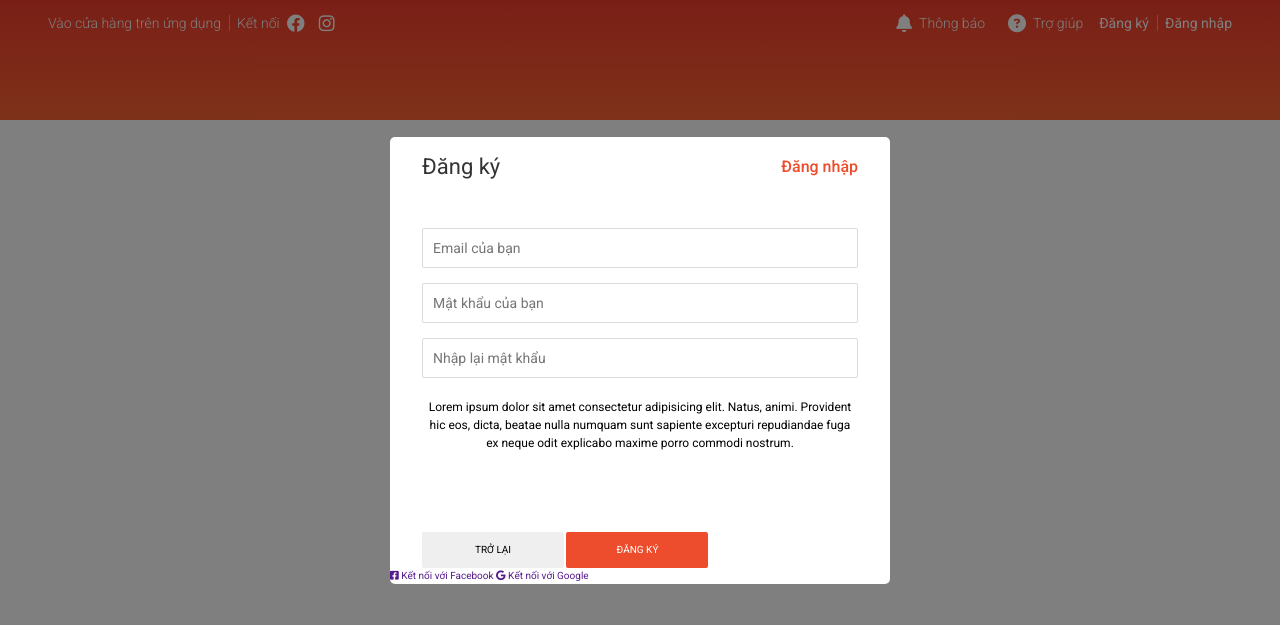
Repository: dptuyen1/F8-Tutorial
Page: index.html
These files come from the project's save history. The page is drawn as it stood at one moment and after the next save; the edit follows.
The browser window is 1280 px wide. The pictures show the whole page.

Above is the page before, as saved 2023-05-08 17:13:32.

### index.html
<!DOCTYPE html>
<html lang="en">
  <head>
    <meta charset="UTF-8" />
    <meta http-equiv="X-UA-Compatible" content="IE=edge" />
    <meta name="viewport" content="width=device-width, initial-scale=1.0" />
    <title>Document</title>
    <link
      rel="stylesheet"
      href="https://cdnjs.cloudflare.com/ajax/libs/normalize/8.0.1/normalize.min.css"
      integrity="sha512-NhSC1YmyruXifcj/KFRWoC561YpHpc5Jtzgvbuzx5VozKpWvQ+4nXhPdFgmx8xqexRcpAglTj9sIBWINXa8x5w=="
      crossorigin="anonymous"
      referrerpolicy="no-referrer"
    />
    <link rel="stylesheet" href="assets/css/base.css" />
    <link rel="stylesheet" href="assets/css/main.css" />
    <link
      rel="stylesheet"
      href="assets/fonts/fontawesome-free-6.4.0-web/css/all.min.css"
    />
    <link rel="preconnect" href="https://fonts.googleapis.com" />
    <link rel="preconnect" href="https://fonts.gstatic.com" crossorigin />
    <link
      href="https://fonts.googleapis.com/css2?family=Roboto:wght@300;400;500;700&display=swap"
      rel="stylesheet"
    />
  </head>

  <body>
    <div class="app">
      <header class="header">
        <div class="grid">
          <nav class="header__navbar">
            <ul class="header__navbar-list">
              <li
                class="header__navbar-item header__navbar-item-has-qr header__navbar-item-separate"
              >
                Vào cửa hàng trên ứng dụng
                <div class="header__qr">
                  <img
                    src="assets/img/qr_code.png"
                    alt="QR Cođe"
                    class="header__qr-img"
                  />
                  <div class="header__qr-apps">
                    <a href="" class="header__qr-link">
                      <img
                        src="assets/img/google_play.png"
                        alt="Google Play"
                        class="header__qr-download-img"
                      />
                    </a>
                    <a href="" class="header__qr-link">
                      <img
                        src="assets/img/app_store.png"
                        alt="App Store"
                        class="header__qr-download-img"
                      />
                    </a>
                  </div>
                </div>
              </li>
              <li class="header__navbar-item">
                <span class="header__navbar-title-no-pointer">Kết nối</span>
                <a href="" class="header__navbar-icon-link">
                  <i class="header__navbar-icon fa-brands fa-facebook"></i>
                </a>
                <a href="" class="header__navbar-icon-link">
                  <i class="header__navbar-icon fa-brands fa-instagram"></i>
                </a>
              </li>
            </ul>
            <ul class="header__navbar-list">
              <li class="header__navbar-item header__navbar-item--has-notify">
                <a href="" class="header__navbar-item-link">
                  <a href="" class="header__navbar-icon-link">
                    <i class="header__navbar-icon fa-solid fa-bell"></i> </a
                  >Thông báo
                </a>
                <div class="header__notify">
                  <header class="header__notify-header">
                    <h3>Thông báo mới nhận</h3>
                  </header>
                  <ul class="header__notify-list">
                    <li class="header__notify-item">
                      <a href="" class="header_notify-link">
                        <img
                          src="assets/img/comestic.jpg"
                          alt=""
                          class="header__notify-img"
                        />
                        <div class="header__notify-info">
                          <span class="header_notify-name"
                            >Mỹ phẩm Ohui chính hãng</span
                          >
                          <span class="header__notify-description"
                            >Mô tả mỹ tả Ohui chính hãng</span
                          >
                        </div>
                      </a>
                    </li>
                    <li class="header__notify-item header__notify-item--read">
                      <a href="" class="header_notify-link">
                        <img
                          src="assets/img/comestic.jpg"
                          alt=""
                          class="header__notify-img"
                        />
                        <div class="header__notify-info">
                          <span class="header_notify-name"
                            >Mỹ phẩm Ohui chính hãng</span
                          >
                          <span class="header__notify-description"
                            >Mô tả mỹ tả Ohui chính hãng</span
                          >
                        </div>
                      </a>
                    </li>
                    <li class="header__notify-item">
                      <a href="" class="header_notify-link">
                        <img
                          src="assets/img/comestic.jpg"
                          alt=""
                          class="header__notify-img"
                        />
                        <div class="header__notify-info">
                          <span class="header_notify-name"
                            >Mỹ phẩm Ohui chính hãng</span
                          >
                          <span class="header__notify-description"
                            >Mô tả mỹ tả Ohui chính hãng</span
                          >
                        </div>
                      </a>
                    </li>
                  </ul>
                  <footer class="header__notify-footer">
                    <a href="" class="header__notify-footer-btn">Xem tất cả</a>
                  </footer>
                </div>
              </li>
              <li class="header__navbar-item">
                <a href="" class="header__navbar-item-link">
                  <a href="" class="header__navbar-icon-link">
                    <i
                      class="header__navbar-icon fa-solid fa-circle-question"
                    ></i></a
                  >Trợ giúp
                </a>
              </li>
              <li
                class="header__navbar-item header__navbar-item-bold header__navbar-item-separate"
              >
                Đăng ký
              </li>
              <li class="header__navbar-item header__navbar-item-bold">
                Đăng nhập
              </li>
            </ul>
          </nav>
        </div>
      </header>

      <div class="container"></div>

      <footer class="footer"></footer>
    </div>

    <!-- Modal layout -->
    <div class="modal">
      <div class="modal__overlay"></div>
      <div class="modal__body">
        <div class="modal__inner"></div>

        <!-- Authenticated Form -->
        <form class="auth-form">
          <div class="auth-form__container">
            <div class="auth-form__header">
              <h3 class="auth_form__heading">Đăng ký</h3>
              <span class="auth_form__switch-btn">Đăng nhập</span>
            </div>
            <div class="auth-form__form">
              <div class="auth-form__group">
                <input
                  type="text"
                  class="auth-form__input"
                  placeholder="Email của bạn"
                />
              </div>
              <div class="auth-form__group">
                <input
                  type="password"
                  class="auth-form__input"
                  placeholder="Mật khẩu của bạn"
                />
              </div>
              <div class="auth-form__group">
                <input
                  type="password"
                  class="auth-form__input"
                  placeholder="Nhập lại mật khẩu"
                />
              </div>
            </div>
            <div class="auth-form__aside">
              <p>
                Lorem ipsum dolor sit amet consectetur adipisicing elit. Natus,
                animi. Provident hic eos, dicta, beatae nulla numquam sunt
                sapiente excepturi repudiandae fuga ex neque odit explicabo
                maxime porro commodi nostrum.
              </p>
            </div>
            <div class="auth-form_controls">
              <button class="btn">TRỞ LẠI</button>
              <button class="btn btn--primary">ĐĂNG KÝ</button>
            </div>
          </div>

          <div class="auth-form_socials">
            <a href="" class="btn btn--with-icon">
              <i class="fa-brands fa-square-facebook"></i>
              Kết nối với Facebook
            </a>
            <a href="" class="btn btn--with-icon">
              <i class="fa-brands fa-google"></i>
              Kết nối với Google
            </a>
          </div>
        </form>
      </div>
    </div>
  </body>
</html>

### assets/css/base.css
:root {
  --primary-color: #ee4d2d;
  --white-color: #fff;
  --black-color: #000;
  --text-color: #333;
  --border-color: #dbdbdb;
}

* {
  box-sizing: inherit;
}

html {
  font-size: 62.5%;
  line-height: 1.6rem;
  font-family: "Roboto", sans-serif;
  box-sizing: border-box;
}

.grid {
  width: 1200px;
  max-width: 100%;
  /* căn giữa */
  margin: 0 auto;
}

.grid__full-width {
  width: 100%;
}

.grid__row {
  display: flex;
  flex-wrap: wrap;
}

/* Modal */
.modal {
  position: fixed;
  top: 0;
  right: 0;
  bottom: 0;
  left: 0;
  display: flex;
}

.modal__overlay {
  position: absolute;
  width: 100%;
  height: 100%;
  background-color: rgba(0, 0, 0, 0.5);
}

.modal__body {
  background-color: var(--white-color);
  margin: auto;
  position: relative;
  z-index: 1;
  border-radius: 5px;
}

.modal__inner {
}

/* Button style */
.btn {
  min-width: 142px;
  height: 36px;
  text-decoration: none;
  border: none;
  border-radius: 2px;
  cursor: pointer;
}

.btn.btn--primary {
  color: var(--white-color);
  background-color: var(--primary-color);
}

/* Animation */
@keyframes fadeIn {
  from {
    opacity: 0;
  }

  to {
    opacity: 1;
  }
}

@keyframes notifyGrowth {
  from {
    opacity: 0;
    transform: scale(0);
  }

  to {
    opacity: 1;
    transform: scale(1);
  }
}

### assets/css/main.css
.header {
  height: 120px;
  background-image: linear-gradient(0, #fe6433, #f53e2d);
}

.header__navbar {
  display: flex;
  justify-content: space-between;
}

.header__navbar-list {
  list-style: none;
  padding-left: 0;
}

.header__navbar-item {
  margin: 0 8px;
  position: relative;
  min-height: 26px;
}

.header__navbar-item-has-qr:hover .header__qr {
  display: block;
}

.header__navbar-item,
.header__navbar-item-link {
  display: inline-block;
  font-size: 1.4rem;
  color: var(--white-color);
  text-decoration: none;
  font-weight: 300;
}

.header__navbar-list,
.header__navbar-item,
.header__navbar-item-link,
.header__navbar-icon-link {
  display: inline-flex;
  align-items: center;
}

.header__navbar-item:hover,
.header__navbar-item-link:hover,
.header__navbar-icon-link:hover {
  color: rgba(255, 255, 255, 0.5);
  cursor: pointer;
}

.header__navbar-item--has-notify:hover .header__notify {
  display: block;
}

.header__navbar-item-bold {
  font-weight: 400;
}

.header__navbar-item-separate::after {
  content: "";
  display: block;
  position: absolute;
  border-left: 1px solid #fb9086;
  height: 16px;
  right: -9px;
  top: 50%;
  transform: translateY(-50%);
}

.header__navbar-icon-link {
  color: var(--white-color);
  text-decoration: none;
}

.header__navbar-icon {
  font-size: 1.8rem;
  margin: 0 7px;
}

.header__navbar-title-no-pointer {
  cursor: text;
  color: var(--white-color);
}

/* Header QR Code  */
.header__qr {
  width: 185px;
  background-color: var(--white-color);
  position: absolute;
  left: 0;
  /* cao bằng thẻ chứa nó */
  top: 150%;
  padding: 8px;
  border-radius: 2px;
  display: none;
  animation: fadeIn ease-in 0.5s;
}

.header__qr::before {
  content: "";
  display: block;
  position: absolute;
  width: 100%;
  height: 20px;
  left: 0;
  top: -20px;
}

.header__qr-img {
  width: 100%;
}

.header__qr-apps {
  display: flex;
  justify-content: space-between;
}

.header__qr-link:first-child {
  margin-left: 11px;
}

.header__qr-link:last-child {
  margin-right: 11px;
}

.header__qr-download-img {
  height: 15px;
}

/* Header notification */

.header__notify {
  position: absolute;
  top: 150%;
  right: 0;
  width: 405px;
  background-color: var(--white-color);
  border: 1px solid #d3d3d3;
  border-radius: 2px;
  cursor: default;
  transform-origin: top right;
  display: none;
  animation: notifyGrowth ease-in 0.5s;
}

.header__notify::before {
  content: "";
  border-width: 20px 30px;
  border-style: solid;
  border-color: transparent transparent var(--white-color) transparent;
  position: absolute;
  right: 0;
  top: -30px;
}

.header__notify::after {
  content: "";
  display: block;
  position: absolute;
  right: 0;
  top: -20px;
  width: 100%;
  height: 20px;
}

.header__notify-header {
  height: 40px;
  background-color: var(--white-color);
}

.header__notify-header h3 {
  color: #999;
  margin: 0 0 0 12px;
  font-weight: 400;
  font-size: 1.4rem;
  line-height: 40px;
}

.header__notify-list {
  padding-left: 0;
}

.header__notify-item {
  display: flex;
}

.header__notify-item:hover {
  background-color: #f7f7f7;
}

.header__notify-item--read {
  background-color: rgba(238, 77, 45, 0.2);
}

.header_notify-link {
  width: 100%;
  display: flex;
  padding: 12px;
  text-decoration: none;
}

.header__notify-img {
  width: 50px;
  object-fit: contain;
}

.header__notify-info {
  margin-left: 12px;
}

.header_notify-name {
  display: block;
  font-size: 1.4rem;
  color: var(--black-color);
  font-weight: 400;
}

.header__notify-description {
  display: block;
  font-size: 1.2rem;
  line-height: 2rem;
  color: #756f6e;
  margin-top: 10px;
}

.header__notify-footer {
  display: flex;
}

.header__notify-footer-btn {
  text-decoration: none;
  color: var(--text-color);
  margin: 0 auto;
  padding: 10px;
  font-size: 1.4rem;
  font-weight: 400;
}

/* Authenticated modal */
.auth-form {
  width: 500px;
}

.auth-form__container {
  padding: 0 32px;
}

.auth-form__header {
  display: flex;
  align-items: center;
  justify-content: space-between;
}

.auth_form__heading {
  font-size: 2.2rem;
  font-weight: 400;
  color: var(--text-color);
}

.auth_form__switch-btn {
  font-size: 1.6rem;
  color: var(--primary-color);
  font-weight: 500;
  cursor: pointer;
}

.auth-form__form {
  margin-top: 16px;
}

.auth-form__group {
}

.auth-form__input {
  width: 100%;
  height: 40px;
  margin-top: 15px;
  padding: 0 10px;
  font-size: 1.4rem;
  border: 1px solid var(--border-color);
  border-radius: 2px;
  outline: none;
}

.auth-form__input:focus {
  border-color: #777;
}

.auth-form__aside {
  margin-top: 20px;
}

.auth-form__aside p {
  font-size: 1.2rem;
  line-height: 1.8rem;
  text-align: center;
}

.auth-form_controls {
  margin-top: 80px;
}

.btn {
}

.btn--primary {
}

.auth-form_socials {
}

.btn--with-icon {
}

.fa-brands {
}

.fa-square-facebook {
}

.fa-google {
}

Loaded but not shown: assets/fonts/fontawesome-free-6.4.0-web/css/all.min.css (library)

After the next save:
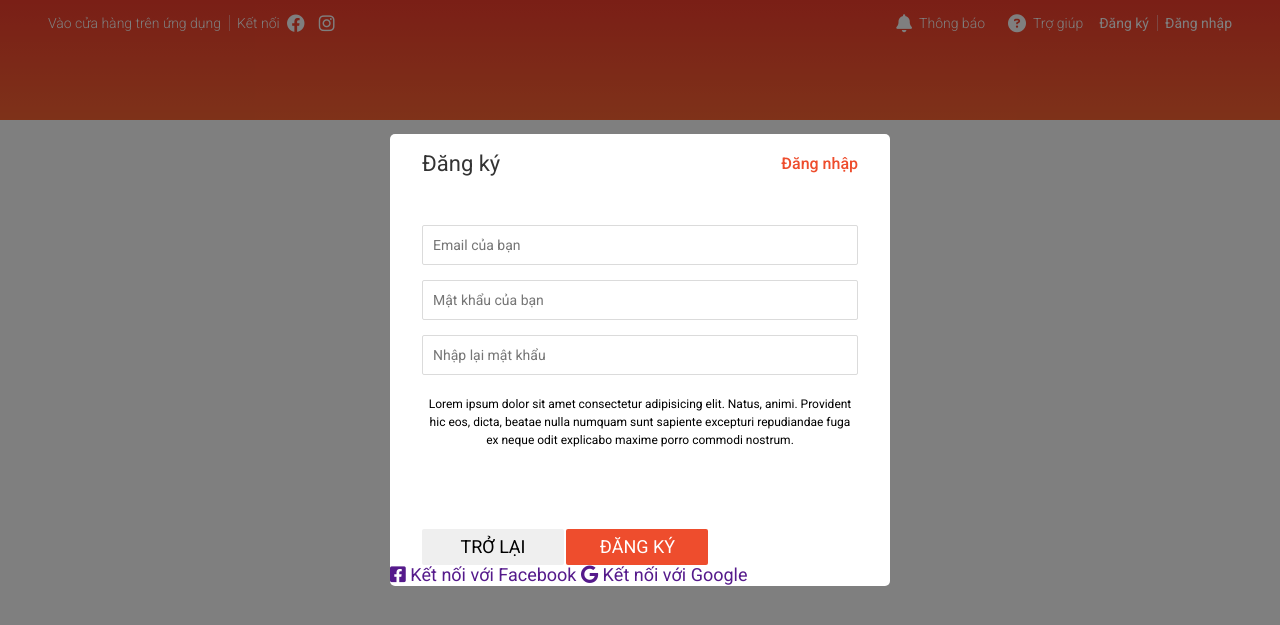
Saved 11 s later.
--- a/assets/css/base.css
+++ b/assets/css/base.css
@@ -69,6 +69,7 @@ html {
   border: none;
   border-radius: 2px;
   cursor: pointer;
+  font-size: 1.8rem;
 }
 
 .btn.btn--primary {
